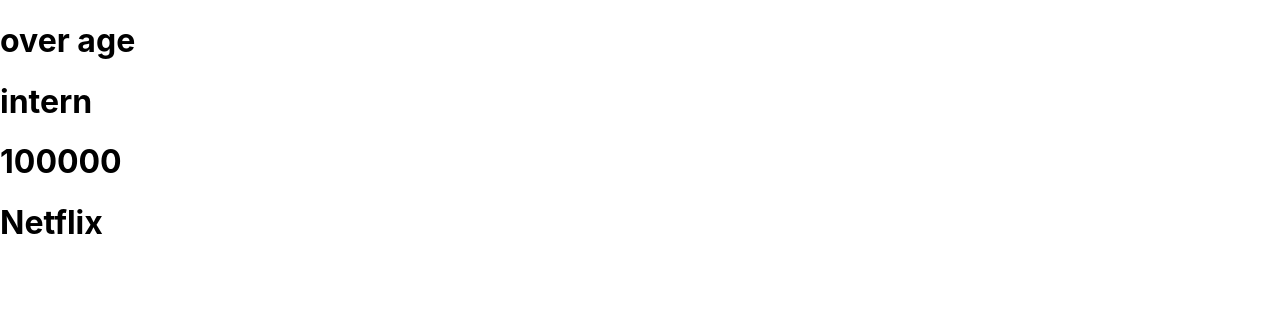
Repository: iamjayenmthakuri/todolist
Page: /
These files come from the project's save history. The page is drawn as it stood at one moment and after the next save; the edit follows.
The browser window is 1280 px wide. The pictures show the whole page.
The project was rebuilt for these pictures with package versions that can differ from the ones it lists, and the page was loaded fresh each time.

Above is the page before, as saved 2022-09-18 22:39:37.

After the next save:
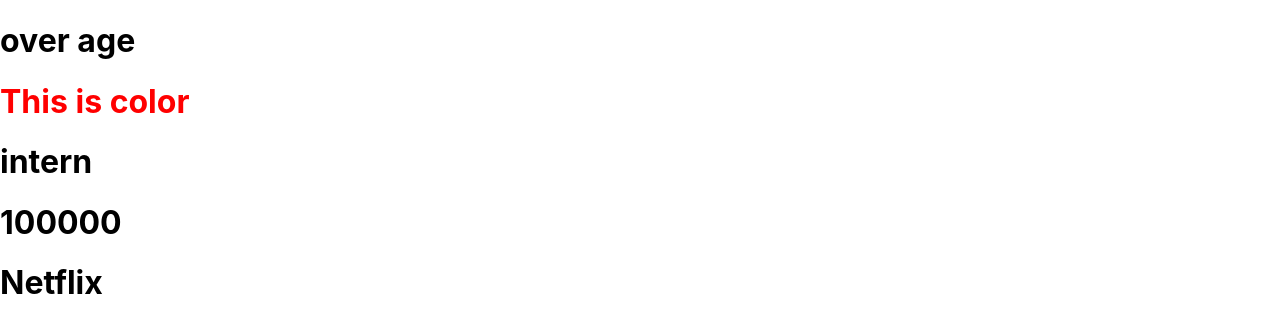
Saved 108 s later.
--- a/src/App.js
+++ b/src/App.js
@@ -13,6 +13,7 @@
   return (
     <>
     {age>=18 ? <h1>over age</h1>:<h1>under age</h1>}
+    <h1 style={{color:"red"}}>This is color</h1>
     <h1>{props.job}</h1>
     <h1>{props.salary}</h1>
     <h1>{props.company}</h1>
